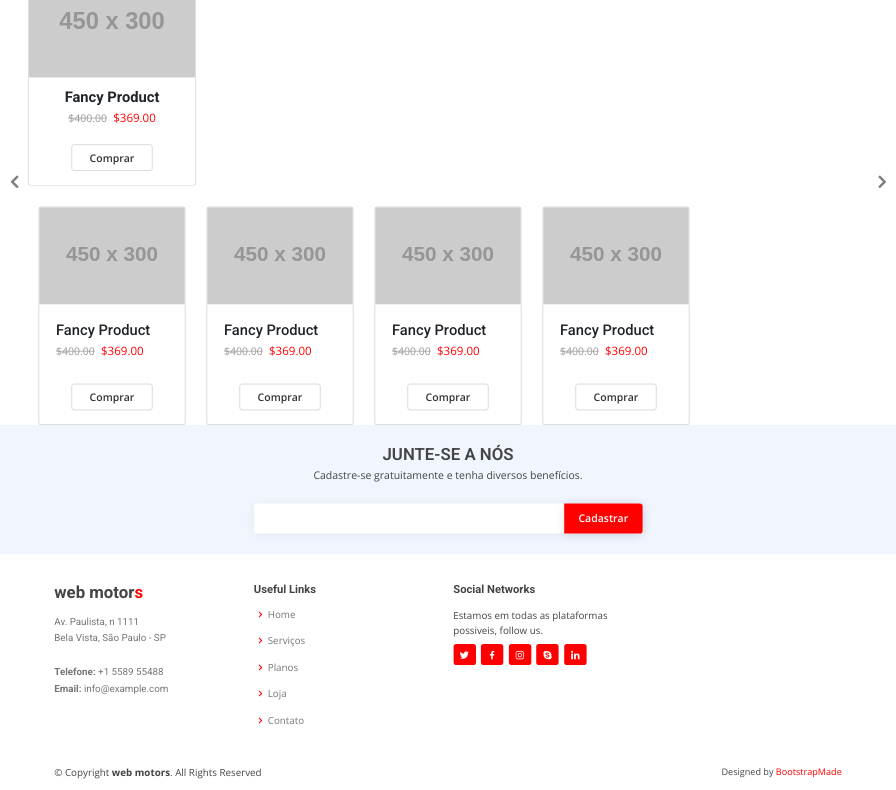
Repository: 01nethy/WebMotors
Page: details.html
The author's editor kept a copy of each file at every save. The page is drawn from the files as they stood at one save, then again after the next save.
The browser window is 1280 px wide. The pictures show the part of the page from y = 783 to 2703 px (the page is 1912 px tall before and 2975 px after), at 70% of full size.

Above is the page before, as saved 2023-12-08 15:52:27.

After the next save:
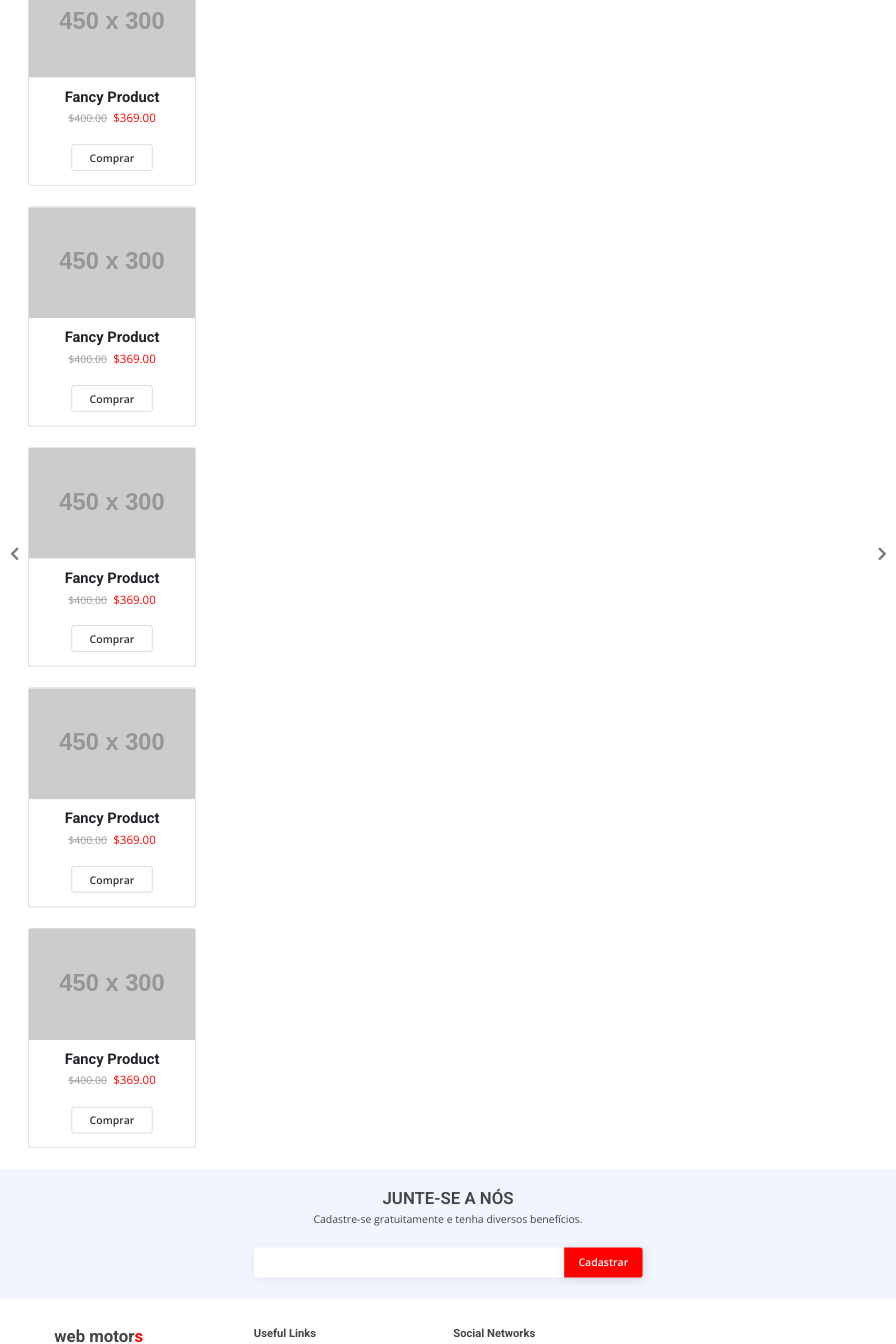
Saved 53 s later.
--- a/details.html
+++ b/details.html
@@ -196,64 +196,68 @@
                 </div>
               </div>
             </div>
-            <div class="col-sm-2">
-              <div class="card h-100">
-                <img class="img-responsive img-fluid" src="https://dummyimage.com/450x300/dee2e6/6c757d.jpg" alt="...">
-                <div class="thumb-content">
-                  <!-- Product name-->
-                  <h4 class="">Fancy Product</h4>
-                  <p class="item-price">
-                    <strike>$400.00</strike> <span>$369.00</span>
-                  </p>
-                </div>
-                <div class="card-footer p-4 pt-0 border-top-0 bg-transparent">
-                  <div class="text-center"><a class="btn btn-outline-dark mt-auto" href="#">Comprar</a>
-                  </div>
-                </div>
-              </div>
-            </div>
-            <div class="col-sm-2">
-              <div class="card h-100">
-                <img class="img-responsive img-fluid" src="https://dummyimage.com/450x300/dee2e6/6c757d.jpg" alt="...">
-                <div class="thumb-content">
-                  <!-- Product name-->
-                  <h4 class="">Fancy Product</h4>
-                  <p class="item-price">
-                    <strike>$400.00</strike> <span>$369.00</span>
-                  </p>
-                </div>
-                <div class="card-footer p-4 pt-0 border-top-0 bg-transparent">
-                  <div class="text-center"><a class="btn btn-outline-dark mt-auto" href="#">Comprar</a>
-                  </div>
-                </div>
-              </div>
-            </div>
-            <div class="col-sm-2">
-              <div class="card h-100">
-                <img class="img-responsive img-fluid" src="https://dummyimage.com/450x300/dee2e6/6c757d.jpg" alt="...">
-                <div class="thumb-content">
-                  <!-- Product name-->
-                  <h4 class="">Fancy Product</h4>
-                  <p class="item-price">
-                    <strike>$400.00</strike> <span>$369.00</span>
-                  </p>
-                </div>
-                <div class="card-footer p-4 pt-0 border-top-0 bg-transparent">
-                  <div class="text-center"><a class="btn btn-outline-dark mt-auto" href="#">Comprar</a>
-                  </div>
-                </div>
-              </div>
-            </div>
-            <div class="col-sm-2">
-              <div class="card h-100">
-                <img class="img-responsive img-fluid" src="https://dummyimage.com/450x300/dee2e6/6c757d.jpg" alt="...">
-                <div class="thumb-content">
-                  <!-- Product name-->
-                  <h4 class="">Fancy Product</h4>
-                  <p class="item-price">
-                    <strike>$400.00</strike> <span>$369.00</span>
-                  </p>
-                </div>
+            <div class="col mb-5">
+              <div class="card h-100">
+                <img class="card-img-top" src="https://dummyimage.com/450x300/dee2e6/6c757d.jpg" alt="..." />
+                <div class="p-4">
+                <div class="text-center">
+                  <h4 class="fw-bolder">Fancy Product</h4>
+                  <p class="item-price">
+                    <strike>$400.00</strike> <span>$369.00</span>
+                  </p>
+                </div>
+              </div>
+                <div class="card-footer p-4 pt-0 border-top-0 bg-transparent">
+                  <div class="text-center"><a class="btn btn-outline-dark mt-auto" href="#">Comprar</a>
+                  </div>
+                </div>
+              </div>
+            </div>
+            <div class="col mb-5">
+              <div class="card h-100">
+                <img class="card-img-top" src="https://dummyimage.com/450x300/dee2e6/6c757d.jpg" alt="..." />
+                <div class="p-4">
+                <div class="text-center">
+                  <h4 class="fw-bolder">Fancy Product</h4>
+                  <p class="item-price">
+                    <strike>$400.00</strike> <span>$369.00</span>
+                  </p>
+                </div>
+              </div>
+                <div class="card-footer p-4 pt-0 border-top-0 bg-transparent">
+                  <div class="text-center"><a class="btn btn-outline-dark mt-auto" href="#">Comprar</a>
+                  </div>
+                </div>
+              </div>
+            </div>
+            <div class="col mb-5">
+              <div class="card h-100">
+                <img class="card-img-top" src="https://dummyimage.com/450x300/dee2e6/6c757d.jpg" alt="..." />
+                <div class="p-4">
+                <div class="text-center">
+                  <h4 class="fw-bolder">Fancy Product</h4>
+                  <p class="item-price">
+                    <strike>$400.00</strike> <span>$369.00</span>
+                  </p>
+                </div>
+              </div>
+                <div class="card-footer p-4 pt-0 border-top-0 bg-transparent">
+                  <div class="text-center"><a class="btn btn-outline-dark mt-auto" href="#">Comprar</a>
+                  </div>
+                </div>
+              </div>
+            </div>
+            <div class="col mb-5">
+              <div class="card h-100">
+                <img class="card-img-top" src="https://dummyimage.com/450x300/dee2e6/6c757d.jpg" alt="..." />
+                <div class="p-4">
+                <div class="text-center">
+                  <h4 class="fw-bolder">Fancy Product</h4>
+                  <p class="item-price">
+                    <strike>$400.00</strike> <span>$369.00</span>
+                  </p>
+                </div>
+              </div>
                 <div class="card-footer p-4 pt-0 border-top-0 bg-transparent">
                   <div class="text-center"><a class="btn btn-outline-dark mt-auto" href="#">Comprar</a>
                   </div>
